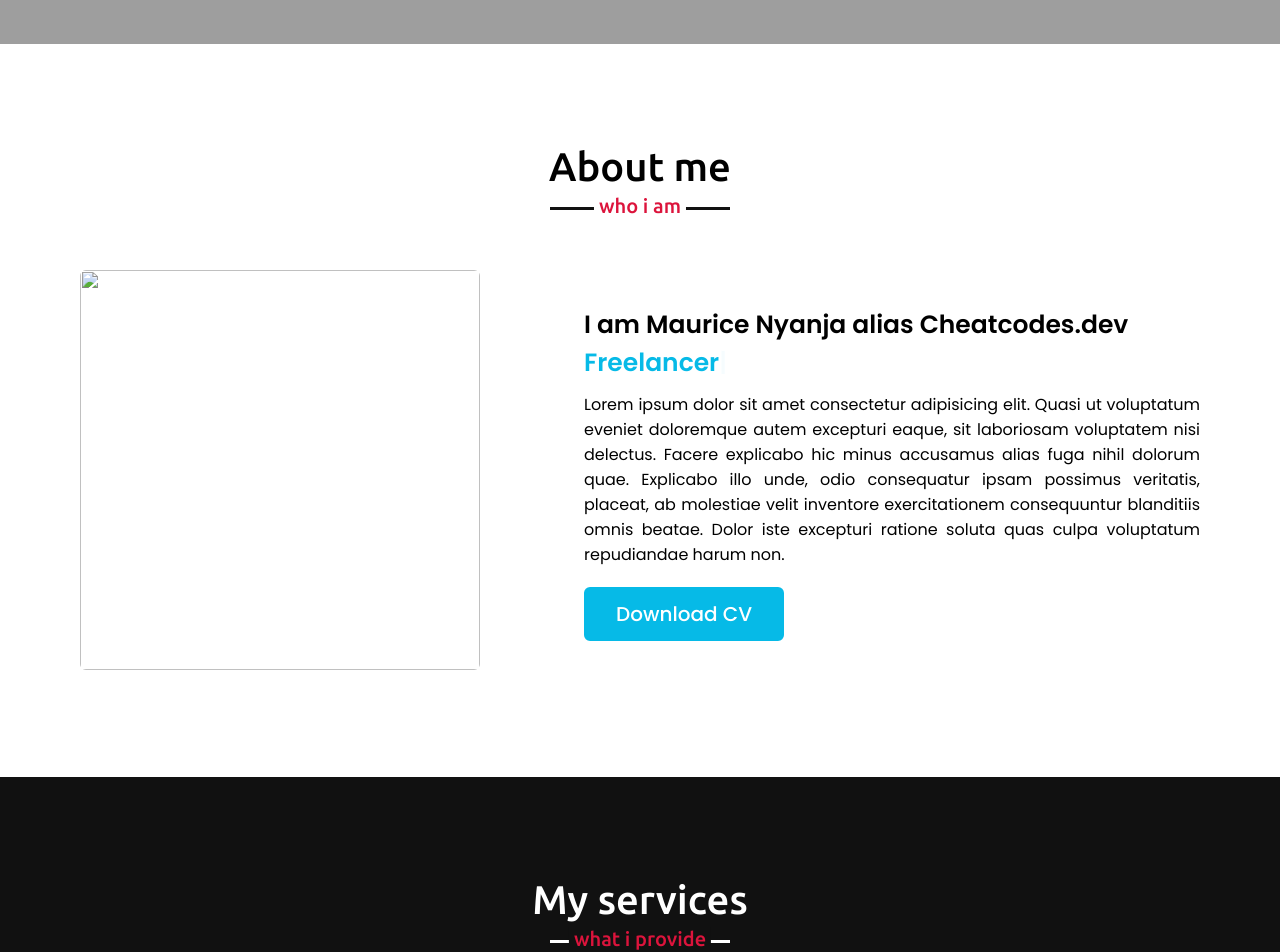
Repository: mauricenyanja/cheatcodesdev
Page: index.html
These files come from the project's save history. The page is drawn as it stood at one moment and after a run of saves; the edit follows.
The browser window is 1280 px wide. The pictures show the part of the page from y = 676 to 1628 px (the page is 3973 px tall).
Pictures or frames that could not be fetched are drawn as grey boxes. Backgrounds fixed to the window are drawn as part of the page. Some web libraries are served in a nearby version.

Above is the page before, as saved 2021-01-03 15:33:09.

### index.html
<!DOCTYPE html>
<html lang="en">

<head>
    <meta charset="UTF-8">
    <meta name="viewport" content="width=device-width, initial-scale=1.0">
    <title>Cheatcodes Portfolio</title>
    <link rel="stylesheet" href="style.css">
    <script src="https://kit.fontawesome.com/a076d05399.js"></script>
    <script src="https://code.jquery.com/jquery-3.5.1.min.js"></script>
    <script src="https://cdnjs.cloudflare.com/ajax/libs/typed.js/2.0.11/typed.min.js"></script>
    <script src="https://cdnjs.cloudflare.com/ajax/libs/waypoints/4.0.1/jquery.waypoints.min.js"></script>
    <script src="https://cdnjs.cloudflare.com/ajax/libs/OwlCarousel2/2.3.4/owl.carousel.min.js"></script>
    <link rel="stylesheet"
        href="https://cdnjs.cloudflare.com/ajax/libs/OwlCarousel2/2.3.4/assets/owl.carousel.min.css" />

</head>

<body>
    <div class="scroll-up-btn">
        <i class="fas fa-angle-up"></i>
    </div>
    <nav class="navbar">
        <div class="max-width">
            <div class="logo">
                <a href="#">Portfo<span>lio.</span></a>
            </div>
            <ul class="menu">
                <li><a href="#home" class="menu-btn">Home</a></li>
                <li><a href="#about" class="menu-btn">About</a></li>
                <li><a href="#services" class="menu-btn">Services</a></li>
                <li><a href="#skills" class="menu-btn">Skills</a></li>
                <li><a href="#projects" class="menu-btn">Projects</a></li>
                <li><a href="#contact" class="menu-btn">Contact</a></li>
            </ul>
            <div class="menu-btn">
                <i class="fas fa-bars"></i>
            </div>
        </div>
    </nav>

    <!-- home section start -->
    <section class="home" id="home">
        <div class="max-width">
            <div class="home-content">
                <div class="text-1">
                    Hello, my name is</div>
                <div class="text-2">
                    Maurice E Nyanja</div>
                <div class="text-3">
                    And I'm a <span class="typing"></span></div>
                <a href="#">Hire me</a>
            </div>
        </div>
    </section>

    <!-- about section start -->
    <section class="about" id="about">
        <div class="max-width">
            <h2 class="title">
                About me</h2>
            <div class="about-content">
                <div class="column left">
                    <img src="#" alt="">
                </div>
                <div class="column right">
                    <div class="text">
                        I am Maurice Nyanja alias Cheatcodes.dev <span class="typing-2"></span></div>
                    <p>
                        Lorem ipsum dolor sit amet consectetur adipisicing elit. Quasi ut voluptatum eveniet doloremque
                        autem excepturi eaque, sit laboriosam voluptatem nisi delectus. Facere explicabo hic minus
                        accusamus alias fuga nihil dolorum quae. Explicabo illo unde, odio consequatur ipsam possimus
                        veritatis, placeat, ab molestiae velit inventore exercitationem consequuntur blanditiis omnis
                        beatae. Dolor iste excepturi ratione soluta quas culpa voluptatum repudiandae harum non.</p>
                    <a href="#">Download CV</a>
                </div>
            </div>
        </div>
    </section>

    <!-- services section start -->
    <section class="services" id="services">
        <div class="max-width">
            <h2 class="title">
                My services</h2>
            <div class="serv-content">
                <div class="card">
                    <div class="box">
                        <i class="fas fa-paint-brush"></i>
                        <div class="text">
                            Web Design</div>
                        <p>
                            Lorem ipsum dolor sit amet consectetur, adipisicing elit. Rem quia sunt, quasi quo illo
                            enim.</p>
                    </div>
                </div>
                <div class="card">
                    <div class="box">
                        <i class="fas fa-chart-line"></i>
                        <div class="text">
                            Photography</div>
                        <p>
                            Lorem ipsum dolor sit amet consectetur, adipisicing elit. Rem quia sunt, quasi quo illo
                            enim.</p>
                    </div>
                </div>
                <div class="card">
                    <div class="box">
                        <i class="fas fa-code"></i>
                        <div class="text">
                            Apps Design</div>
                        <p>This is what i do</p>
                    </div>
                </div>
            </div>
        </div>
        </div>
    </section>

    <!-- skills section start -->
    <section class="skills" id="skills">
        <div class="max-width">
            <h2 class="title">
                My skills</h2>
            <div class="skills-content">
                <div class="column left">
                    <div class="text">
                        My creative skills & experiences.</div>
                    <p>
                        Lorem ipsum dolor sit amet consectetur adipisicing elit. Dignissimos, ratione error est
                        recusandae consequatur, iusto illum deleniti quidem impedit, quos quaerat quis minima sequi.
                        Cupiditate recusandae laudantium esse, harum animi aspernatur quisquam et delectus ipsum quam
                        alias quaerat? Quasi hic quidem illum. Ad delectus natus aut hic explicabo minus quod.</p>
                    <a href="#">Read more</a>
                </div>
                <div class="column right">
                    <div class="bars">
                        <div class="info">
                            <span>HTML</span>
                            <span>90%</span>
                        </div>
                        <div class="line html">
                        </div>
                    </div>
                    <div class="bars">
                        <div class="info">
                            <span>CSS</span>
                            <span>60%</span>
                        </div>
                        <div class="line css">
                        </div>
                    </div>
                    <div class="bars">
                        <div class="info">
                            <span>JavaScript</span>
                            <span>80%</span>
                        </div>
                        <div class="line js">
                        </div>
                    </div>
                    <div class="bars">
                        <div class="info">
                            <span>Python</span>
                            <span>50%</span>
                        </div>
                        <div class="line php">
                        </div>
                    </div>
                    <div class="bars">
                        <div class="info">
                            <span>MySQL</span>
                            <span>70%</span>
                        </div>
                        <div class="line mysql">
                        </div>
                    </div>
                </div>
            </div>
        </div>
    </section>

    <!-- projects section start -->
    <section class="projects" id="projects">
        <div class="max-width">
            <h2 class="title">
                My Projects</h2>
            <div class="carousel owl-carousel">
                <div class="card">
                    <div class="box">
                        <img src="#" alt="">
                        <div class="text">
                            Someone name</div>
                        <p>
                            Lorem ipsum dolor sit amet consectetur adipisicing elit.</p>
                    </div>
                </div>
                <div class="card">
                    <div class="box">
                        <img src="#" alt="">
                        <div class="text">
                            Someone name</div>
                        <p>
                            Lorem ipsum dolor sit amet consectetur adipisicing elit.</p>
                    </div>
                </div>
                <div class="card">
                    <div class="box">
                        <img src="#" alt="">
                        <div class="text">
                            Someone name</div>
                        <p>
                            Lorem ipsum dolor sit amet consectetur adipisicing elit.</p>
                    </div>
                </div>
                <div class="card">
                    <div class="box">
                        <img src="#" alt="">
                        <div class="text">
                            Someone name</div>
                        <p>
                            Lorem ipsum dolor sit amet consectetur adipisicing elit.</p>
                    </div>
                </div>
                <div class="card">
                    <div class="box">
                        <img src="#" alt="">
                        <div class="text">
                            Instagram clone</div>
                        <p>
                            Lorem ipsum dolor sit amet consectetur adipisicing elit.</p>
                    </div>
                </div>
            </div>
        </div>
    </section>

    <!-- contact section start -->
    <section class="contact" id="contact">
        <div class="max-width">
            <h2 class="title">
                Contact me</h2>
            <div class="contact-content">
                <div class="column left">
                    <div class="text">
                        Get in Touch</div>
                    <p>
                        Lorem, ipsum dolor sit amet consectetur adipisicing elit. Dignissimos harum corporis fuga
                        corrupti. Doloribus quis soluta nesciunt veritatis vitae nobis?</p>
                    <div class="icons">
                        <div class="row">
                            <i class="fas fa-user"></i>
                            <div class="info">
                                <div class="head">
                                    Name</div>
                                <div class="sub-title">
                                    Cheatcodes.dev</div>
                            </div>
                        </div>
                        <div class="row">
                            <i class="fas fa-map-marker-alt"></i>
                            <div class="info">
                                <div class="head">
                                    Address</div>
                                <div class="sub-title">
                                    Nairobi , Kenya</div>
                            </div>
                        </div>
                        <div class="row">
                            <i class="fas fa-envelope"></i>
                            <div class="info">
                                <div class="head">
                                    Email</div>
                                <div class="sub-title">
                                    cheatcodes.dev@gmail.com</div>
                            </div>
                        </div>
                    </div>
                </div>
                <div class="column right">
                    <div class="text">
                        Message me</div>
                    <form action="#">
                        <div class="fields">
                            <div class="field name">
                                <input type="text" placeholder="Name" required>
                            </div>
                            <div class="field email">
                                <input type="email" placeholder="Email" required>
                            </div>
                        </div>
                        <div class="field">
                            <input type="text" placeholder="Subject" required>
                        </div>
                        <div class="field textarea">
                            <!-- Due to more textarea, I got an error so I changed the tag name of this textarea into changeit. -->
                            <changeit cols="30" rows="10" placeholder="Message.." required></changeit>
                        </div>
                        <div class="button">
                            <button type="submit">Send message</button>
                        </div>
                    </form>
                </div>
            </div>
        </div>
    </section>

    <!-- footer section start -->
    <footer>
        <span>Created By <a href="#">Cheatcodes.dev</a> | <span class="far fa-copyright"></span> 2020 All rights
            reserved.</span>
    </footer>

    <!-- Somehow I got an error, so I comment the script tag, just uncomment to use -->
    <script src="script.js"></script>
</body>

</html>

### script.js
$(document).ready(function(){
    $(window).scroll(function(){
        // sticky navbar on scroll script
        if(this.scrollY > 20){
            $('.navbar').addClass("sticky");
        }else{
            $('.navbar').removeClass("sticky");
        }

        // scroll-up button show/hide script
        if(this.scrollY > 500){
            $('.scroll-up-btn').addClass("show");
        }else{
            $('.scroll-up-btn').removeClass("show");
        }
    });

    // slide-up script
    $('.scroll-up-btn').click(function(){
        $('html').animate({scrollTop: 0});
        // removing smooth scroll on slide-up button click
        $('html').css("scrollBehavior", "auto");
    });

    $('.navbar .menu li a').click(function(){
        // applying again smooth scroll on menu items click
        $('html').css("scrollBehavior", "smooth");
    });

    // toggle menu/navbar script
    $('.menu-btn').click(function(){
        $('.navbar .menu').toggleClass("active");
        $('.menu-btn i').toggleClass("active");
    });

    // typing text animation script
    var typed = new Typed(".typing", {
        strings: ["Fullstack Dev", "Developer", "Photographer", "Designer", "Freelancer"],
        typeSpeed: 100,
        backSpeed: 60,
        loop: true
    });

    var typed = new Typed(".typing-2", {
        strings: ["Fullstack Dev", "Developer", "Photographer", "Designer", "Freelancer"],
        backSpeed: 60,
        loop: true
    });

    // owl carousel script
    $('.carousel').owlCarousel({
        margin: 20,
        loop: true,
        autoplayTimeOut: 2000,
        autoplayHoverPause: true,
        responsive: {
            0:{
                items: 1,
                nav: false
            },
            600:{
                items: 2,
                nav: false
            },
            1000:{
                items: 3,
                nav: false
            }
        }
    });
});

Loaded but not shown: style.css (681 lines, source omitted)

After the next 2 saves:
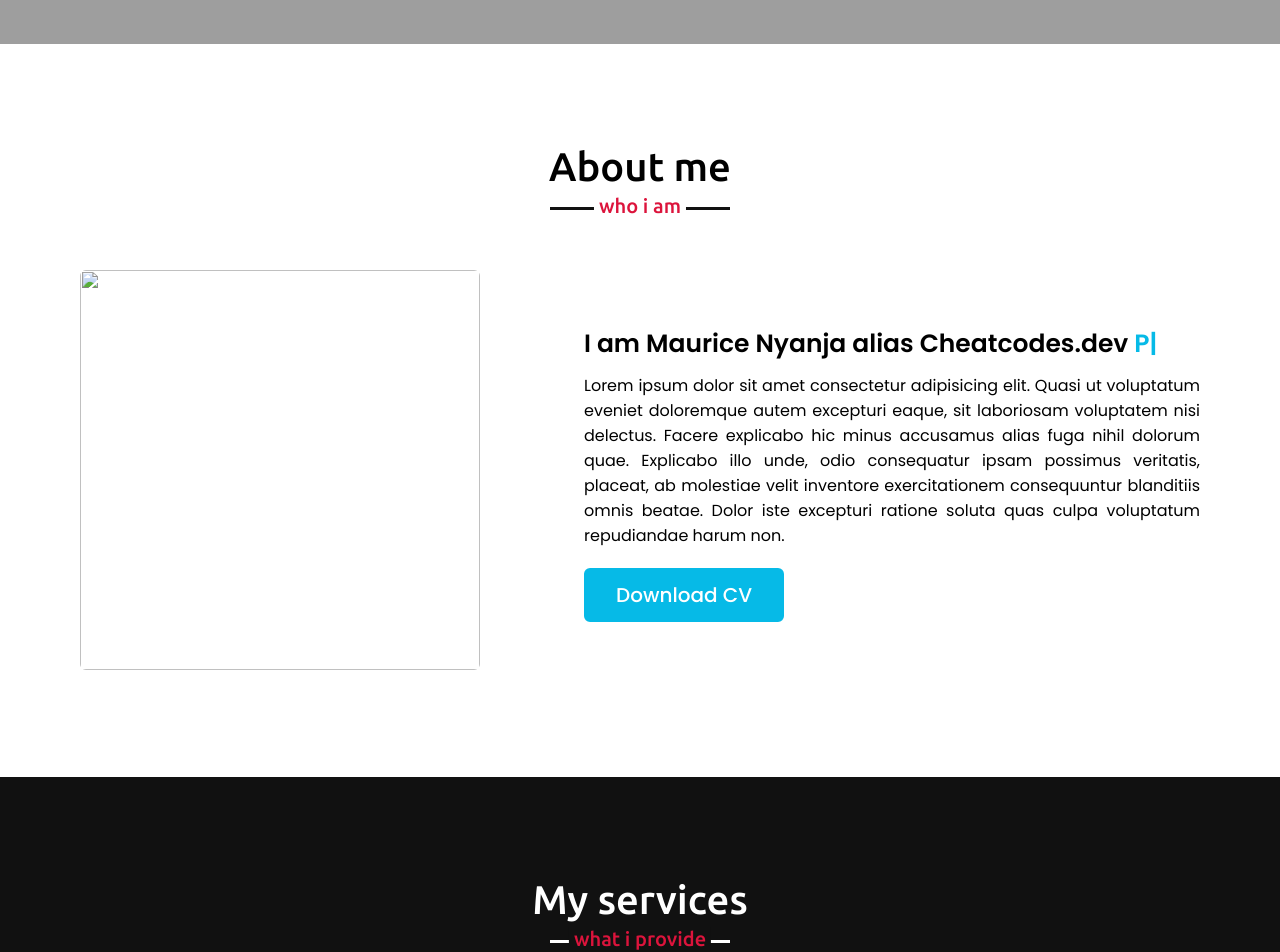
The 2 saves are shown as one change because they came seconds apart.
The last was saved 12 s later.
--- a/script.js
+++ b/script.js
@@ -43,6 +43,7 @@ $(document).ready(function(){
 
     var typed = new Typed(".typing-2", {
         strings: ["Fullstack Dev", "Developer", "Photographer", "Designer", "Freelancer"],
+        typeSpeed: 100,
         backSpeed: 60,
         loop: true
     });
